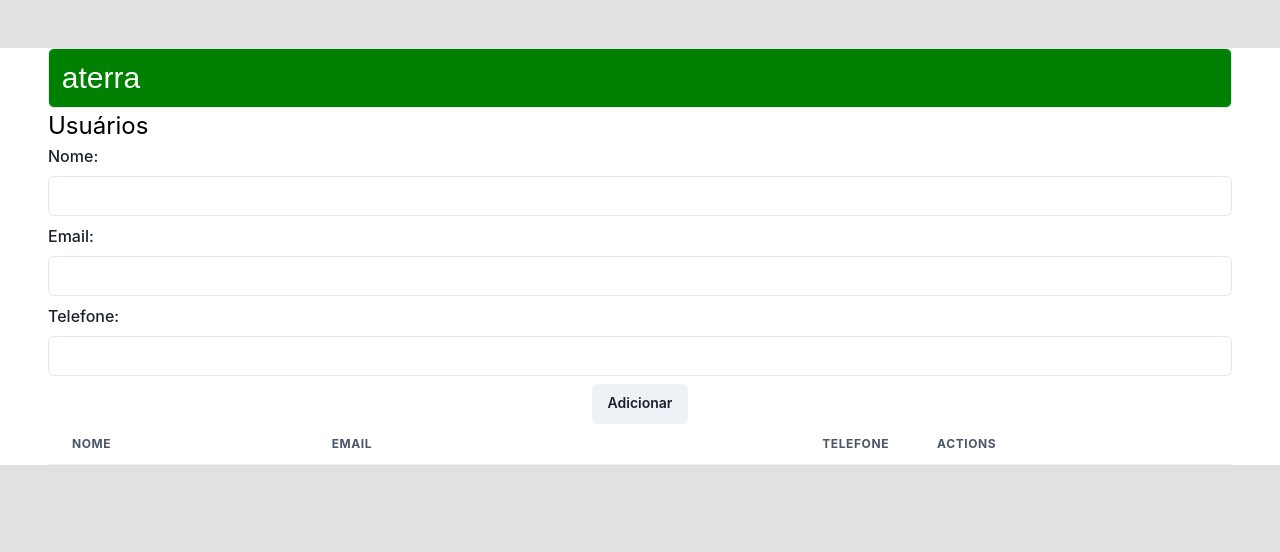
Repository: renan-oliveira93/CRUD-ATERRA
Page: /
These files come from the project's save history. The page is drawn as it stood at one moment and after the next save; the edit follows.
The browser window is 1280 px wide. The pictures show the whole page.
The page's requests for data from a server got no answer. The project was rebuilt for these pictures with package versions that can differ from the ones it lists, and the page was loaded fresh each time. The framework's server and built-in components were replaced by stand-ins that run in the browser. No one was signed in, and anything a server would have sent is missing. Also part of the build but not shown: next.config.js.

Above is the page before, as saved 2022-02-02 23:31:03.

After the next save:
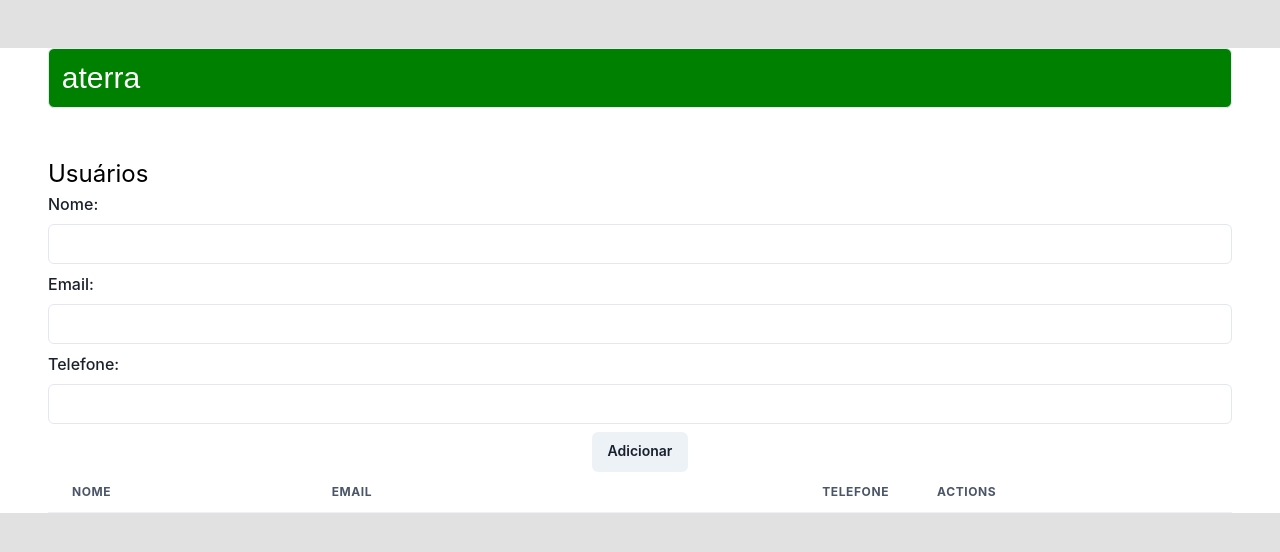
Saved 92 s later.
--- a/pages/index.js
+++ b/pages/index.js
@@ -125,6 +125,7 @@ export default function Home() {
             fontSize={'3xl'}
             _expanded={{ bg: 'blue.400' }}
             _focus={{ boxShadow: 'outline' }}
+            marginBottom='3rem'
           >
           aterra
   </MenuItem>
